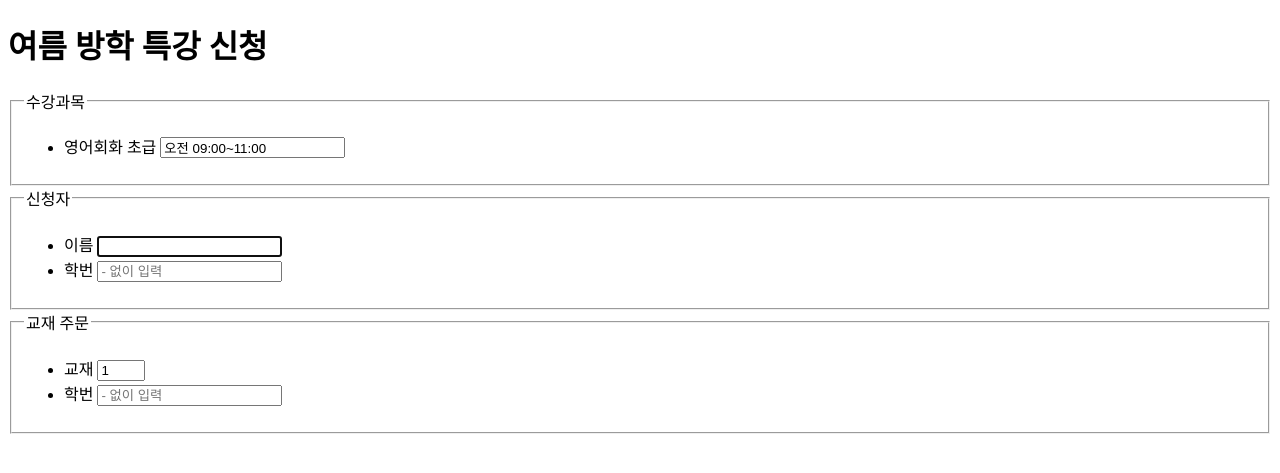
Repository: ygs3004/StudyHTML_CSS
Page: web project 01/src/main/webapp/chapter05/exam05_13.html
These files come from the project's save history. The page is drawn as it stood at one moment and after the next save; the edit follows.
The browser window is 1280 px wide. The pictures show the whole page.

Above is the page before, as saved 2022-08-05 07:17:27.

After the next save:
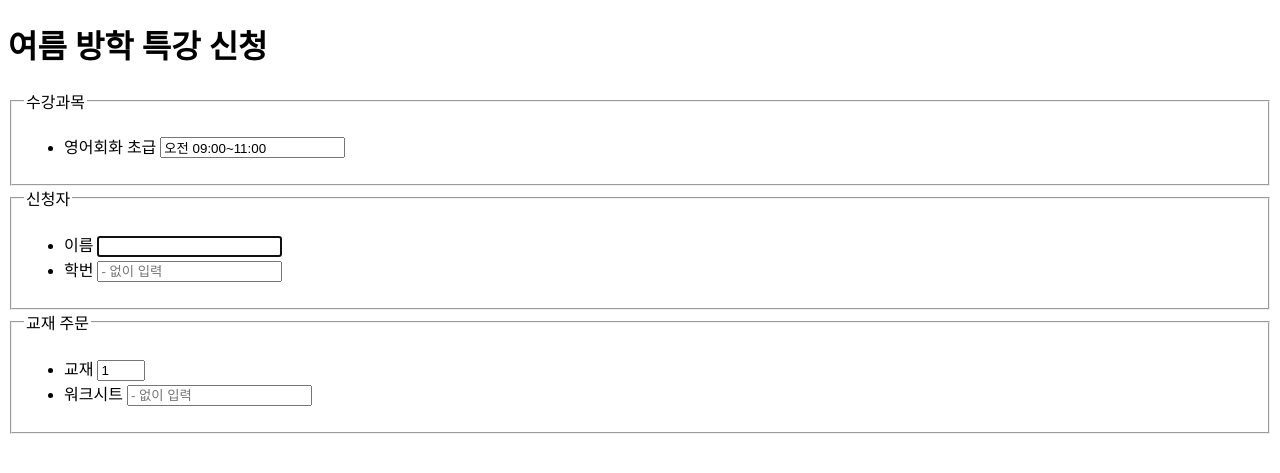
Saved 9 s later.
--- a/web project 01/src/main/webapp/chapter05/exam05_13.html
+++ b/web project 01/src/main/webapp/chapter05/exam05_13.html
@@ -35,8 +35,8 @@
 					<input type="number" id="book" value="1" min="1" max="3">
 				</li>
 				<li>
-					<label class="reg" for="wsheet">학번</label>
-					<input type="text" id="uid" placeholder="- 없이 입력" maxlength="8">
+					<label class="reg" for="wsheet">워크시트</label>
+					<input type="number" id="uid" placeholder="- 없이 입력" maxlength="8">
 				</li>
 			</ul>
 		</fieldset>
